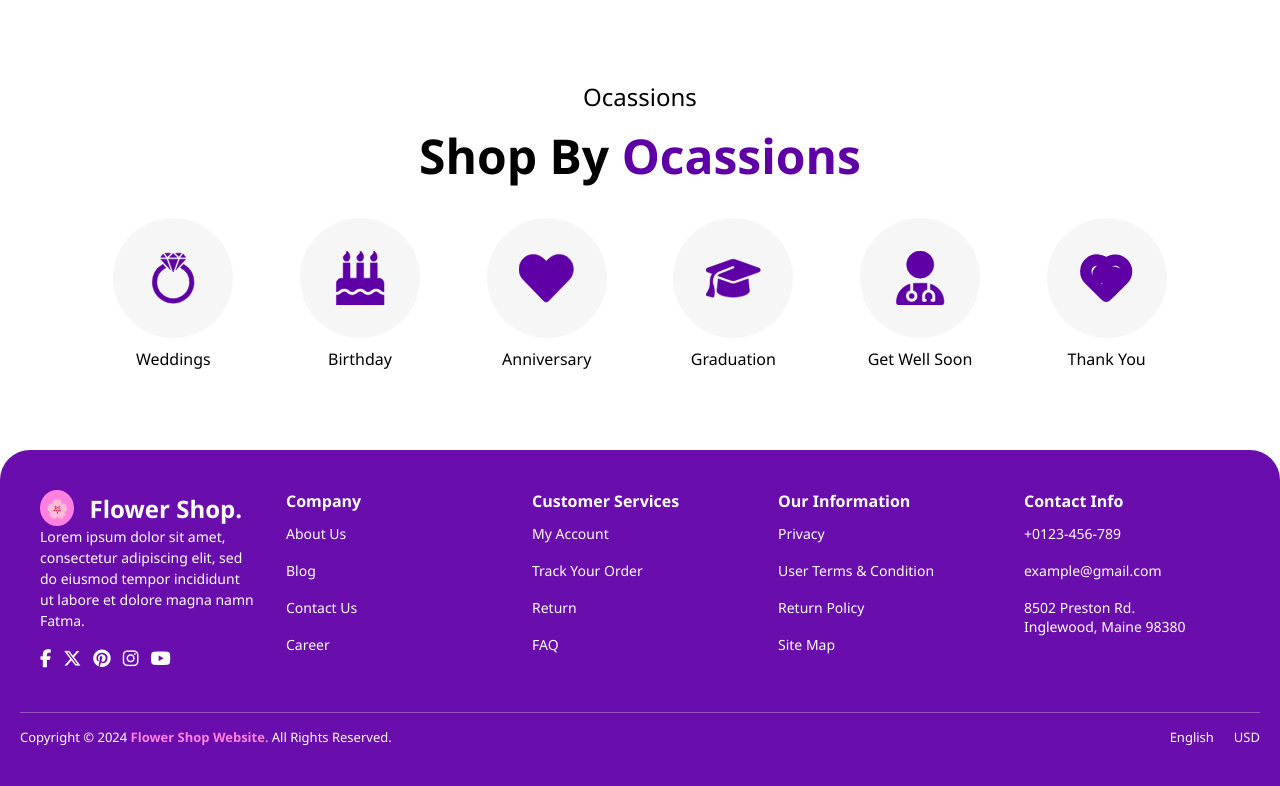
Repository: HabibaYossre/BellaFlora-Store
Page: / (app in client/)
These files come from the project's save history. The page is drawn as it stood at one moment and after a run of saves; the edit follows.
The browser window is 1280 px wide. The pictures show the part of the page from y = 719 to 1505 px (the page is 1505 px tall).
The project was rebuilt for these pictures with package versions that can differ from the ones it lists, and the page was loaded fresh each time. Also part of the build but not shown: client/src/components/registration/Login.js, client/src/components/registration/SignUp.js, client/src/components/home/Home.css, client/src/components/Subscribe/Subscribe.css, client/src/components/Subscribe/Subscribe.js, client/src/components/Marquee/Marquee.css, client/src/components/Marquee/Marquee.js, client/src/components/Shipping/Shipping.css and 34 more.

Above is the page before, as saved 2025-08-31 01:52:53.

After the next 4 saves:
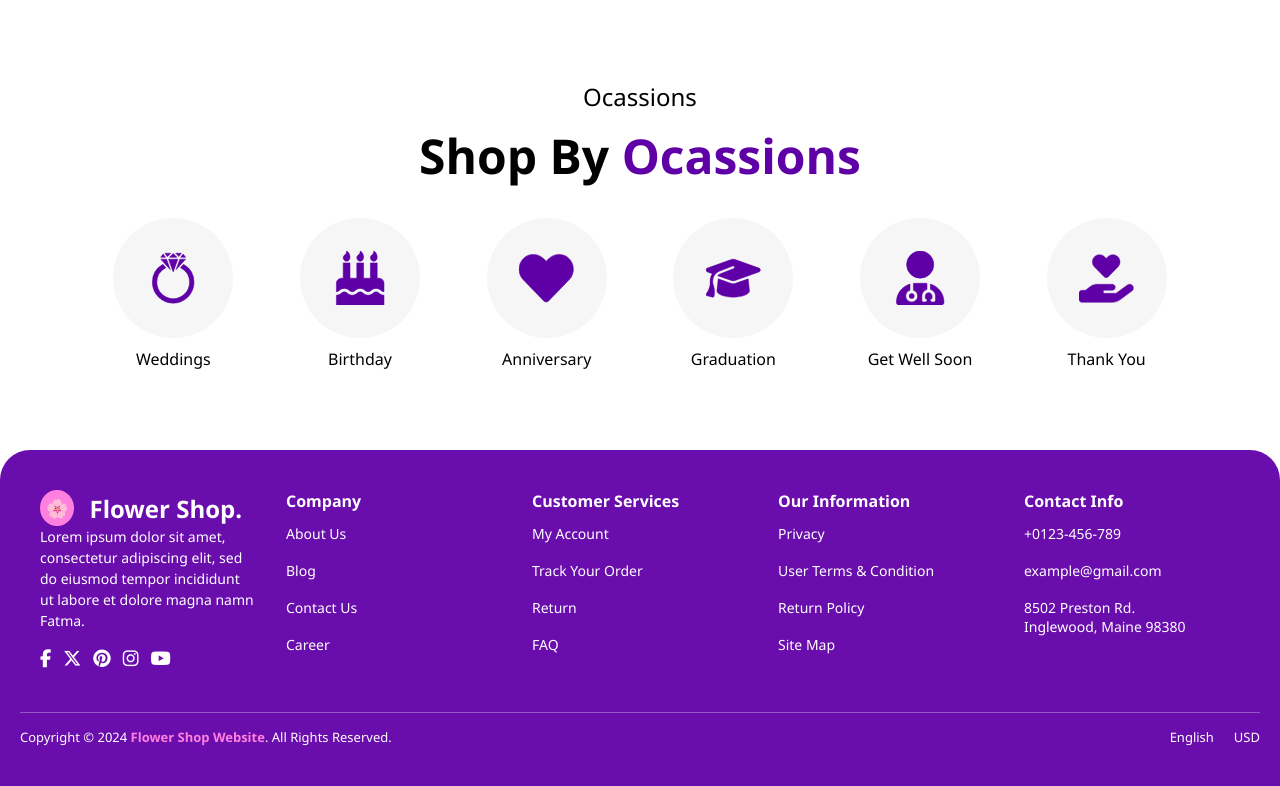
The 4 saves are shown as one change because 2 did not build or start and some came seconds apart.
The last was saved 2 min 26 s later.
--- a/client/src/components/occasions/Ocassions.js
+++ b/client/src/components/occasions/Ocassions.js
@@ -6,7 +6,7 @@ import { FaBirthdayCake } from "react-icons/fa";
 import { FaHeart } from "react-icons/fa";
 import { FaGraduationCap } from "react-icons/fa6";
 import { FaUserDoctor } from "react-icons/fa6";
-import { TbHeartHandshake } from "react-icons/tb";
+import { FaHandHoldingHeart } from "react-icons/fa6";
 
 
 function Ocassions() {
@@ -16,7 +16,8 @@ function Ocassions() {
         {name:"Anniversary" , icon: <FaHeart />},
         {name:"Graduation" , icon: <FaGraduationCap />},
         {name:"Get Well Soon" , icon: <FaUserDoctor />},
-        {name:"Thank You" , icon: <TbHeartHandshake />
+        {name:"Thank You" , icon: <FaHandHoldingHeart />
+
 },
 
     ]
